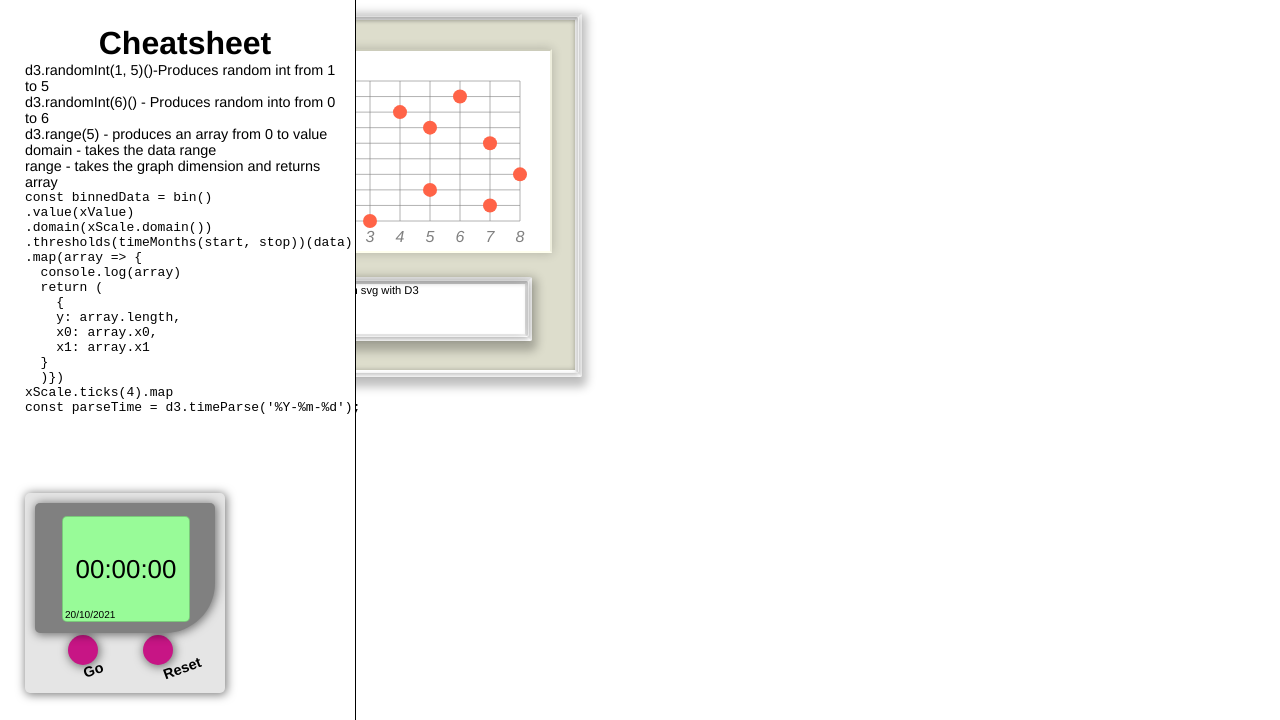
Repository: Lewisjohnward/100-days-of-d3
Page: /
The author's editor kept a copy of each file at every save. The page is drawn from the files as they stood at one save, then again after the next save.
The browser window is 1280 px wide. The pictures show the whole page.
The page's requests for data from a server got no answer. An inner scrolling area shows only its first screen. The project was rebuilt for these pictures with package versions that can differ from the ones it lists, and the page was loaded fresh each time. No one was signed in, and anything a server would have sent is missing. Also part of the build but not shown: src/charts/chart2/useGetData.js, src/charts/chart2/styles.js, src/charts/chart2/Chart.js, src/charts/chart3/useGetData.js, src/charts/chart3/styles.js, src/charts/chart3/Chart.js, src/charts/chart4/useGetData.js, src/charts/chart4/styles.js and 4 more.

Above is the page before, as saved 2021-10-20 15:31:09.

### src/App.js
import styled from "styled-components";
import { Chart1, Chart2, Chart3, Chart4, Chart5 } from "./charts/index.js";
import { Hello } from "./components/HelloD3";
import { Navbar } from "./components/Navbar.js";

const BodyContainer = styled.div`
  position: relative;
  z-index: 99;
  display: flex;
  height: ${({ height }) => height}px;
  overflow: hidden;
`;

const ChartGrid = styled.div`
  width: 75%;
  display: grid;
  overflow: scroll;
  grid-template-columns: repeat(3, 400px);
  grid-template-rows: repeat(2, 400px);
  justify-content: center;
  align-items: start;
  align-content: start;
  grid-gap: 0px;
  border-left: 1px solid black;
  padding: 1%;
`;



const height = window.innerHeight;

function App() {
  return (
    <BodyContainer height={height}>
      <Hello />
      <Navbar />
      <ChartGrid>
        <Chart1 />
        <Chart2 />
        <Chart2 />
        <Chart3 />
        <Chart4 />
        <Chart5 />
      </ChartGrid>
    </BodyContainer>
  );
}

export default App;

### src/index.css
*{
    margin: 0;
    padding: 0;
}

body {
    font-family: Helvetica, "Trebuchet MS", Verdana, sans-serif;
}

### src/charts/index.js
export { Test as Chart1} from "./chart1/Chart"
export { Chart as Chart2} from "./chart2/Chart"
export { Chart as Chart3} from "./chart3/Chart"
export { Chart as Chart4} from "./chart4/Chart"
export { Chart as Chart5} from "./chart5/Chart"

### src/components/HelloD3.js
import { useState } from "react";
import styled, { keyframes } from "styled-components";

const letterAnimation = keyframes`
    0% {transform: rotate(0deg);}
    20% {transform: rotate(-45deg);}
    100% {transform: rotate(-45deg);}
`;

const TextContainer = styled.div`
  position: absolute;
  top: 25%;
  display: flex;
  font-size: 10em;

`;

const LetterContainer = styled.div`
  &.fallanimation {
    transition: transform 1s;
    transform: translateY(942px);
  }

  p {
    font-weight: ${({bold}) => bold ? 600: 300};
    &.fallanimation {
      animation: ${letterAnimation} ease-out 1s forwards;
    }
  }
`;

const word = "Hello";
const d3 = "D3"
const d3Array = d3.split("");
const wordArray = word.split("");
const height = window.innerHeight;

export const Hello = () => {
  return (
    <TextContainer>
      {wordArray.map((d) => (
        <Letter letter={d} />
      ))}
      {d3Array.map((d) => (
        <Letter letter={d} bold={true}/>
      ))}
    </TextContainer>
  );
};

const Letter = ({ letter, bold}) => {
  const [visible, setVisible] = useState(true);

  const handleMouseEnter = () => {
    setVisible((prev) => !prev);
  };

  return (
    <LetterContainer className={!visible && "fallanimation"} height={height} bold={bold}>
      <p
        className={!visible && "fallanimation"}
        onMouseEnter={() => handleMouseEnter()}
      >
        {letter}
      </p>
    </LetterContainer>
  );
};

### src/components/Navbar.js
import { useState } from "react";
import styled from "styled-components";
import {TimerComponent as Timer} from "./Timer"

const NavContainer = styled.div`
  position: relative;
  height: 100%;
  width: 25%;
  background: white;
  padding: 25px 10px 25px 25px;

  > p {
    font-size: 0.9em;
  }
`;

const Title = styled.div`
  font-size: 2em;
  font-weight: 700;
  text-align: center;
`;

const code = `const binnedData = bin()
.value(xValue)
.domain(xScale.domain())
.thresholds(timeMonths(start, stop))(data)
.map(array => {
  console.log(array)
  return (
    {
    y: array.length,
    x0: array.x0,
    x1: array.x1
  }
  )})`;

export const Navbar = () => {
  const [visible, setVisible] = useState(false);
  return (
    <NavContainer visible={visible}>

      <Title>Cheatsheet</Title>
      <p>d3.randomInt(1, 5)()-Produces random int from 1 to 5</p>
      <p>d3.randomInt(6)() - Produces random into from 0 to 6</p>
      <p>d3.range(5) - produces an array from 0 to value</p>
      <p>domain - takes the data range</p>
      <p>range - takes the graph dimension and returns array</p>
      <pre>
        <code>{code}</code>
      </pre>
      <pre>
        <code>xScale.ticks(4).map</code>
      </pre>
      <pre>
        <code>const parseTime = d3.timeParse('%Y-%m-%d');</code>
      </pre>
      <Timer />
    </NavContainer>
  );
};

### src/charts/chart1/Chart.js
import { useState } from "react";
import { randomInt, range, scaleLinear, max } from "d3";
import {
  Frame,
  Svg,
  ChartContainer,
  Description,
  DescriptionContainer,
  Signature,
} from "./styles";

const data = range(10).map((d) => ({
  a: randomInt(10)(),
  b: d,
}));

const margin = {
  top: 30,
  right: 30,
  bottom: 30,
  left: 30,
};

const height = 200;
const width = 300;

const AxisTickOffset = 7;

const innerHeight = height - margin.top - margin.bottom;
const innerWidth = width - margin.left - margin.right;

export const Chart = () => {
  const xValue = (d) => d.a;
  const yValue = (d) => d.b;

  const xAxisScale = scaleLinear()
    .domain([0, max(data, xValue)])
    .range([0, innerWidth])
    .nice();

  const yAxisScale = scaleLinear()
    .domain([0, max(data, yValue)])
    .range([innerHeight, 0])
    .nice();

  return (
    <Frame>
      <ChartContainer>
        <Svg height={height} width={width}>
          <g transform={`translate(${margin.left}, ${margin.top})`}>
            {xAxisScale.ticks().map((tickValue) => (
              <g transform={`translate(${xAxisScale(tickValue)}, 0)`}>
                <line y2={innerHeight} stroke="black" />
                <text
                  y={innerHeight + 3 * AxisTickOffset}
                  style={{ textAnchor: "middle" }}
                >
                  {tickValue}
                </text>
              </g>
            ))}

            {yAxisScale.ticks().map((tickValue) => (
              <g transform={`translate(0, ${yAxisScale(tickValue)})`}>
                <line x2={innerWidth} stroke="black" />
                <text
                  x={-AxisTickOffset}
                  dy="0.32em"
                  style={{ textAnchor: "end" }}
                >
                  {tickValue}
                </text>
              </g>
            ))}
            {data.map(({ a, b }) => (
              <Mark x={xAxisScale(a)} y={yAxisScale(b)} r={7} />
            ))}
          </g>
        </Svg>

        <Frame small={"true"}>
          <DescriptionContainer>
            <Description>Scatter graph on svg with D3</Description>
            <Signature>09/10/21 - L Ward</Signature>
          </DescriptionContainer>
        </Frame>
      </ChartContainer>
    </Frame>
  );
};

export const Chart1= () => {
  const xValue = (d) => d.a;
  const yValue = (d) => d.b;

  const xAxisScale = scaleLinear()
    .domain([0, max(data, xValue)])
    .range([0, innerWidth])
    .nice();

  const yAxisScale = scaleLinear()
    .domain([0, max(data, yValue)])
    .range([innerHeight, 0])
    .nice();

  return (
        <Svg height={height} width={width}>
          <g transform={`translate(${margin.left}, ${margin.top})`}>
            {xAxisScale.ticks().map((tickValue) => (
              <g transform={`translate(${xAxisScale(tickValue)}, 0)`}>
                <line y2={innerHeight} stroke="black" />
                <text
                  y={innerHeight + 3 * AxisTickOffset}
                  style={{ textAnchor: "middle" }}
                >
                  {tickValue}
                </text>
              </g>
            ))}

            {yAxisScale.ticks().map((tickValue) => (
              <g transform={`translate(0, ${yAxisScale(tickValue)})`}>
                <line x2={innerWidth} stroke="black" />
                <text
                  x={-AxisTickOffset}
                  dy="0.32em"
                  style={{ textAnchor: "end" }}
                >
                  {tickValue}
                </text>
              </g>
            ))}
            {data.map(({ a, b }) => (
              <Mark x={xAxisScale(a)} y={yAxisScale(b)} r={7} />
            ))}
          </g>
        </Svg>
  );
};

const Mark = ({ x, y, r }) => {
  const [tooltipVisible, setToolTipVisible] = useState(false);

  return (
    <>
    <circle
        cx={x}
        cy={y}
        r={r}
        fill={"black"}
        onMouseEnter={() => setToolTipVisible(!tooltipVisible)}
        onMouseLeave={() => setToolTipVisible(!tooltipVisible)}
      />
      {tooltipVisible && <rect x={x + 10} y={y - 25} height={50} width={50} rx={5} />}

    </>
  );
};

export const Test = () => {
  return (
    <Frame>
    <ChartContainer>
      <Chart1 />
    <Frame small={"true"}>
          <DescriptionContainer>
          <Description>Scatter graph on svg with D3</Description>
            <Signature>09/10/21 - L Ward</Signature>
          </DescriptionContainer>
        </Frame>
      </ChartContainer>
    </Frame>
  )


}

### src/components/Timer.js
import { useState, useEffect } from "react";
import styled, { keyframes } from "styled-components";

const Icon = styled.div`
  position: absolute;
  bottom: 10%;
  height: 200px;
  width: 200px;
  padding: 0px;
  margin: 0px;

  color: black;
  overflow: hidden;
  background: rgb(229, 229, 229);
  opacity: 1;
  text-shadow: none;
  font-weight: 300;
  font-size: 0.9em;
  box-shadow: 1px 1px 10px 1px rgba(0, 0, 0, 0.5);
  border-radius: 5px;
`;

const Container = styled.div`
  height: 100%;
  width: 100%;
  display: flex;
  flex-direction: column;
  justify-content: center;
  align-items: center;
`;

const Timer = styled.div`
  position: relative;
  background: gray;
  height: 65%;
  width: 90%;
  border-radius: 5px 5px 50px 5px;
  box-shadow: 1px 1px 10px 1px rgba(0, 0, 0, 0.5);
`;

const TimerContainer = styled.div`
  position: absolute;
  top: 10%;
  left: 15%;
  height: 80%;
  width: 70%;
  display: flex;
  justify-content: center;
  align-items: center;

  background: palegreen;
  border-radius: 5px;
  border: 1px solid rgba(0, 0, 0, 0.2);
  font-size: 1.8em;
`;

const ButtonContainer = styled.div`
  height: 25%;
  width: 80%;
  display: flex;

  flex-direction: row;
  justify-content: space-around;
  align-items: center;
`;

const Start_StopContainer = styled.div`
  display: flex;
  align-items: center;
  justify-content: center;
  background: mediumvioletred;
  width: 30px;
  height: 30px;
  border-radius: 100%;
  box-shadow: 1px 1px 10px 1px rgba(0, 0, 0, 0.5);
  font-size: 1.2em;
  font-weight: 800;
  cursor: pointer;

  &:active {
    transition: transform 0.1s box-shadow 0.1s;
    transform: translateY(10%);
  }
`;

const ButtonDiv = styled.div`
  font-weight: 600;

  p {
    transform: translate(50%, -30%) rotate(-20deg);
  }
`;

const DateContainer = styled.div`
  position: absolute;
  top: 58%;
  left: 20%;
  font-size: 0.7em;
  text-decoration: italic;

  .today {
    right: 0%;
  }
`;

export const TimerComponent = ({ grid }) => {
  const [seconds, setSeconds] = useState(0);
  const [active, setActive] = useState(false);

  useEffect(() => {
    const seconds = parseInt(localStorage.getItem("seconds-d3")) || 0;
    const active = localStorage.getItem("state-d3") || false;
    setActive(active);
    setSeconds(seconds);
  }, []);

  useEffect(() => {
    if (active) {
      setTimeout(() => {
        setSeconds((prev) => prev + 1);
      }, 1000);
    }
    localStorage.setItem("seconds-d3", seconds);
    localStorage.setItem("state-d3", active);
  }, [active, seconds]);

  function secondsToTime(e) {
    var h = Math.floor(e / 3600)
        .toString()
        .padStart(2, "0"),
      m = Math.floor((e % 3600) / 60)
        .toString()
        .padStart(2, "0"),
      s = Math.floor(e % 60)
        .toString()
        .padStart(2, "0");

    return h + ":" + m + ":" + s;
    //return `${h}:${m}:${s}`;
  }

  return (
    <Icon className={`icon`}>
      <Container>
        <Timer>
          <TimerContainer>{secondsToTime(seconds)}</TimerContainer>
        </Timer>
        <DateContainer>20/10/2021</DateContainer>

        <ButtonContainer>
          <ButtonDiv>
            <Start_StopContainer
              onClick={() => {
                if (!active) {
                  setActive(true);
                }
              }}
            />
            <p>Go</p>
          </ButtonDiv>
          {active ? (
            <ButtonDiv>
              <Start_StopContainer onClick={() => setActive(false)} />
              <p>Stop</p>
            </ButtonDiv>
          ) : (
            <ButtonDiv>
              <Start_StopContainer onClick={() => setSeconds(0)} />
              <p>Reset</p>
            </ButtonDiv>
          )}
        </ButtonContainer>
      </Container>
    </Icon>
  );
};

### src/charts/chart1/styles.js
import styled from "styled-components";

export const Frame = styled.div`
  height: ${({ small }) => (small ? "50px" : "350px")};
  width: ${({ small }) => (small ? "250px" : "350px")};
  background-color: #ddc;
  border: solid 1vmin #eee;
  border-bottom-color: #fff;
  border-left-color: #eee;
  border-radius: 2px;
  border-right-color: #eee;
  border-top-color: #ddd;
  box-shadow: 0 0 5px 0 rgba(0, 0, 0, 0.25) inset,
    0 5px 10px 5px rgba(0, 0, 0, 0.25);

  position: relative;
  text-align: center;
  &:before {
    border-radius: 2px;
    bottom: -0.4vmin;
    box-shadow: 0 2px 5px 0 rgba(0, 0, 0, 0.25) inset;
    content: "";
    left: -0.4vmin;
    position: absolute;
    right: -0.4vmin;
    top: -0.4vmin;
  }
  &:after {
    border-radius: 2px;
    bottom: -0.5vmin;
    box-shadow: 0 2px 5px 0 rgba(0, 0, 0, 0.25);
    content: "";
    left: -0.5vmin;
    position: absolute;
    right: -0.5vmin;
    top: -0.5vmin;
  }
`;

export const ChartContainer = styled.div`
position: relative;
z-index: 999;
  display: flex;
  flex-direction: column;
  justify-content: space-around;
  align-items: center;
  height: 100%;
  width: 100%;
  padding: 5% 1%;
  box-sizing: border-box;
`;

export const Svg = styled.svg`
  height: ${({ height }) => height}px;
  width: ${({ width }) => width}px;
  background: white;
  box-shadow: 0px 0px 10px 0px rgba(0, 0, 0, 0.2);
  border: solid 2px;
  border-bottom-color: #ffe;
  border-left-color: #eed;
  border-right-color: #eed;
  border-top-color: #ccb;


  line {
    stroke: gray;
    opacity: 0.6;
  }

  circle {
    fill: tomato;
  }

  text {
    font-style: italic;
    fill: gray;
  }

  rect {
    stroke: tomato;
    fill: white;
  }
`;

export const DescriptionContainer = styled.div`
  box-sizing: border-box;
  display: flex;
  flex-direction: column;
  justify-content: space-between;
  width: 100%;
  height: 100%;
  box-shadow: 0px 0px 10px 0px rgba(0, 0, 0, 0.2);
  background: white;
`;

export const Description = styled.p`
  text-align: left;
  font-size: 0.7em;
`;

export const Signature = styled.p`
  text-align: left;
  font-style: italic;
  font-size: 0.6em;
`;

Loaded but not shown: public/index.html (common file); src/index.js (common file)

After the next save:
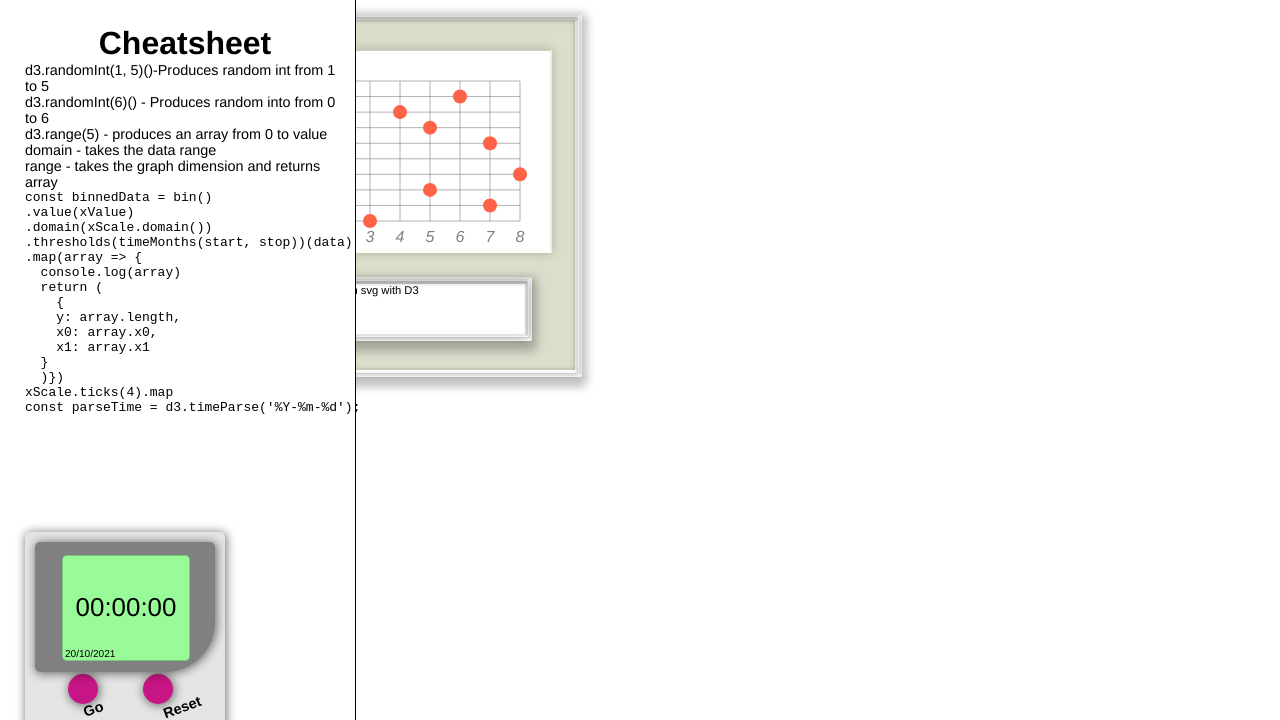
Saved 10 s later.
--- a/src/components/Timer.js
+++ b/src/components/Timer.js
@@ -3,7 +3,7 @@
 
 const Icon = styled.div`
   position: absolute;
-  bottom: 10%;
+  bottom: 5%;
   height: 200px;
   width: 200px;
   padding: 0px;

After the save that followed:
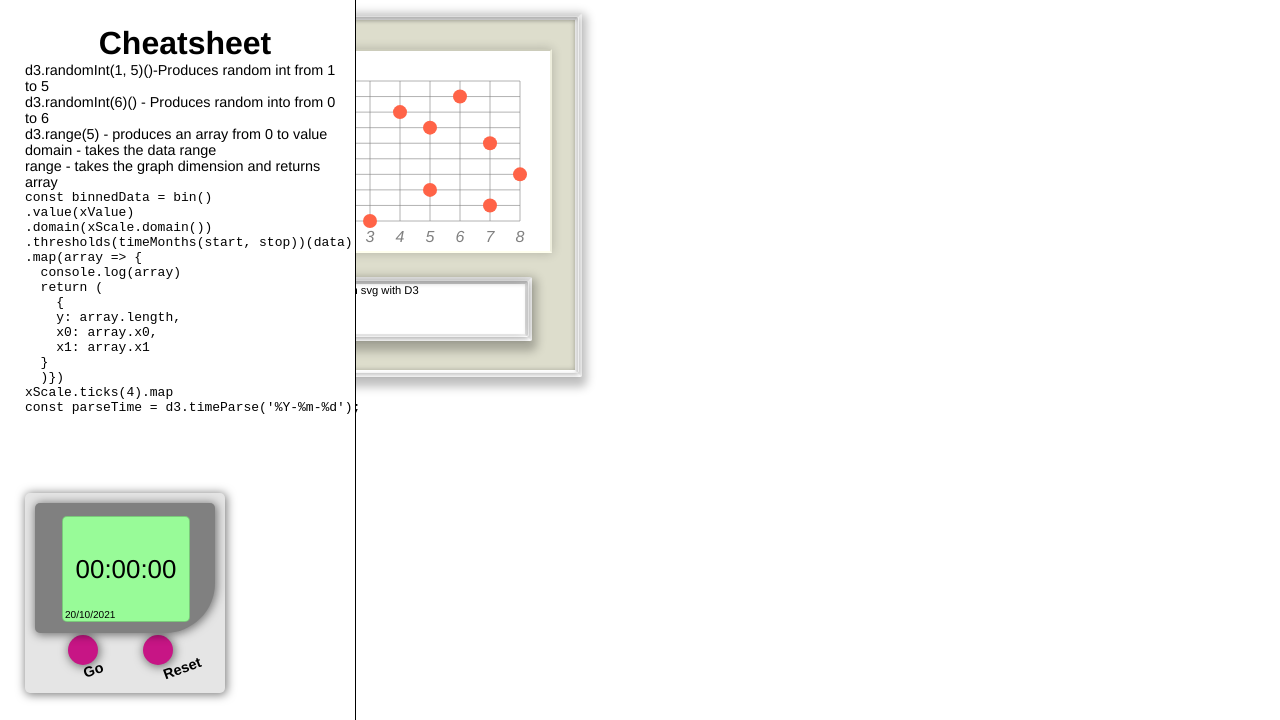
Saved 5 s later.
--- a/src/components/Timer.js
+++ b/src/components/Timer.js
@@ -3,7 +3,7 @@
 
 const Icon = styled.div`
   position: absolute;
-  bottom: 5%;
+  bottom: 10%;
   height: 200px;
   width: 200px;
   padding: 0px;
